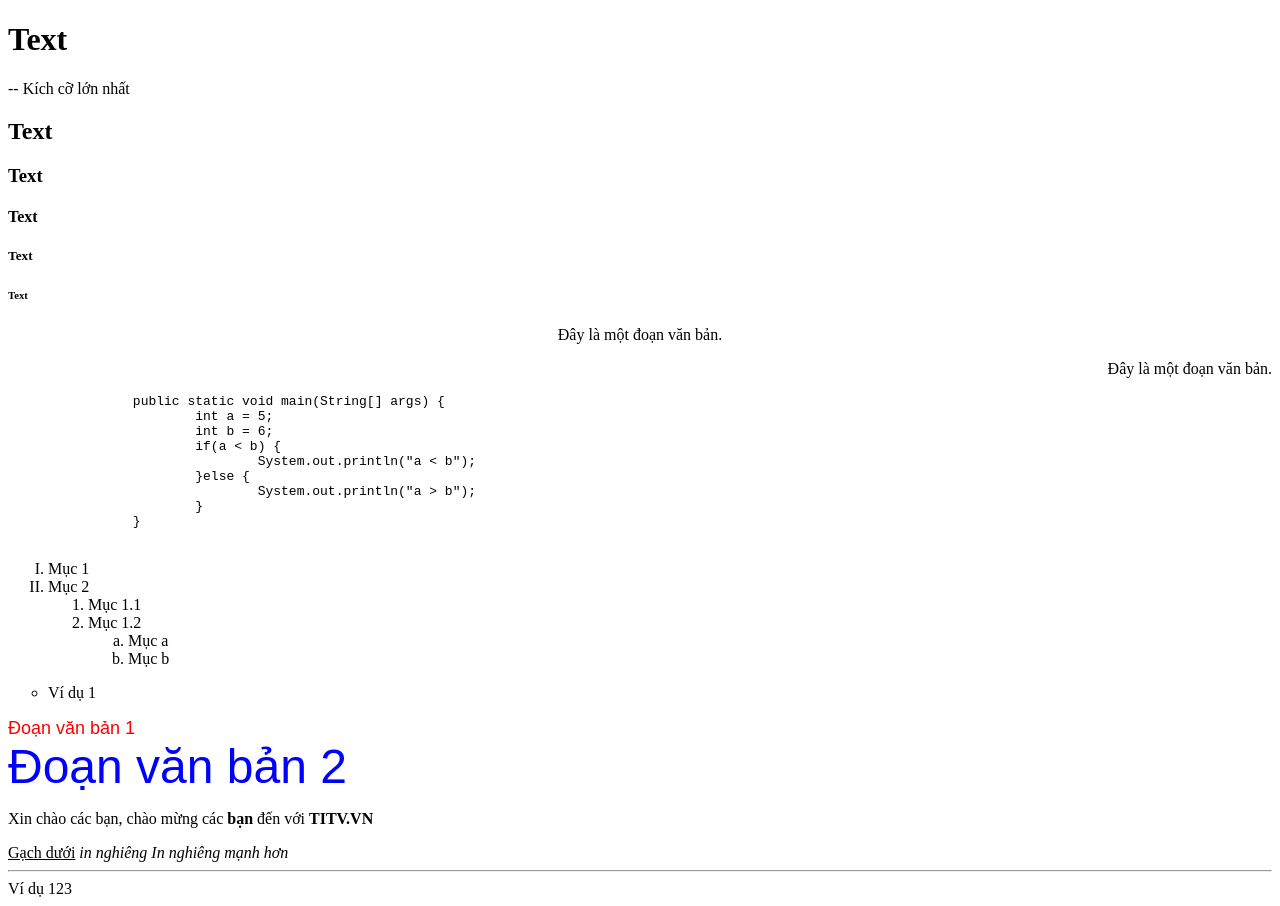
Repository: vnmk1/jsp_servlet-tutorials
Page: Bai2_HTML/src/main/webapp/vidu.html
These files come from the project's save history. The page is drawn as it stood at one moment and after the next save; the edit follows.
The browser window is 1280 px wide. The pictures show the whole page.

Above is the page before, as saved 2023-07-15 08:32:34.

After the next save:
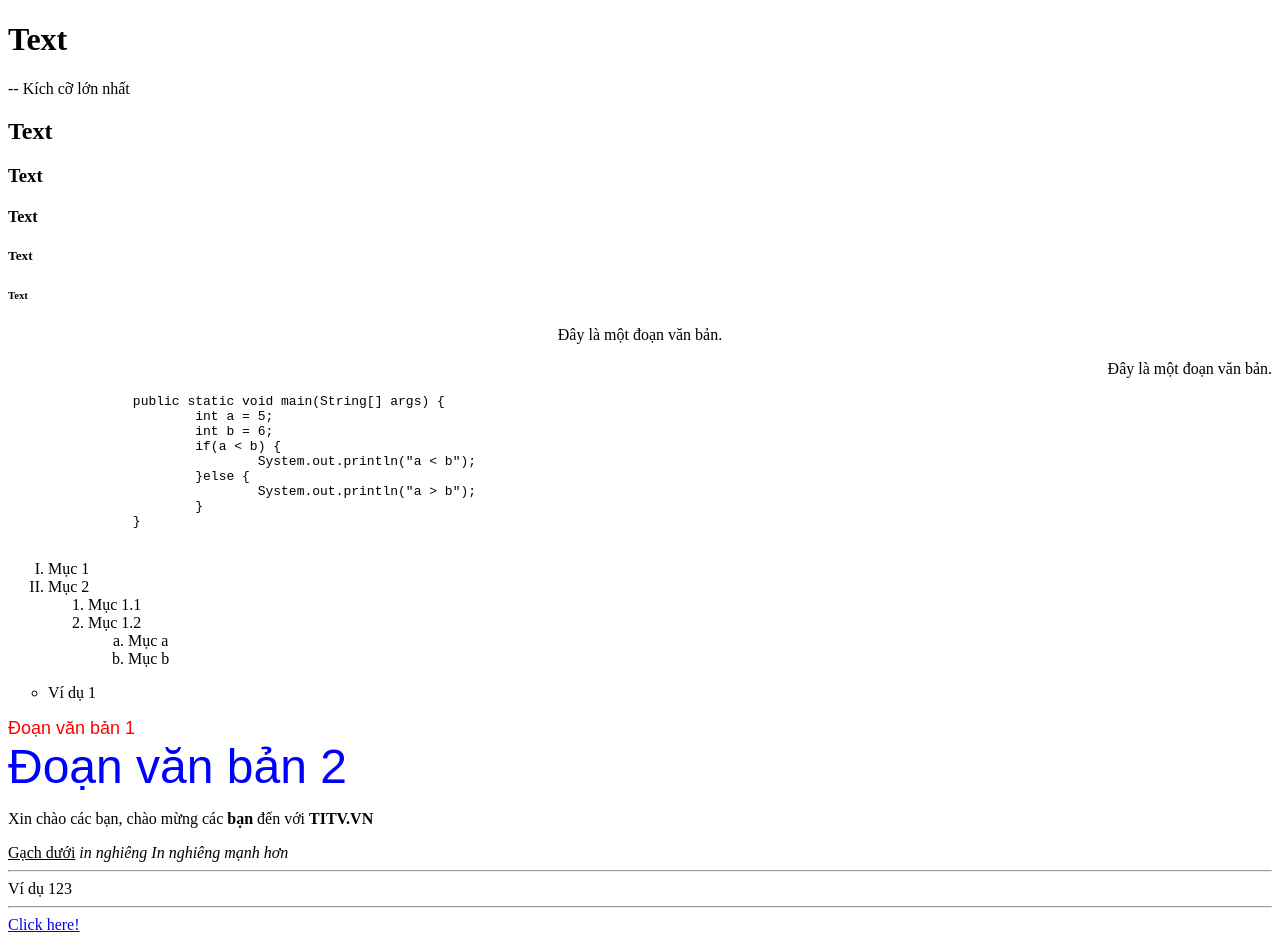
Saved 2 min 24 s later.
--- a/Bai2_HTML/src/main/webapp/vidu.html
+++ b/Bai2_HTML/src/main/webapp/vidu.html
@@ -71,5 +71,8 @@
 	<em>In nghiêng mạnh hơn</em>
 	<hr/>
 	Ví dụ 123
+	<hr/>
+
+	<a href="https://titv.vn">Click here!</a>
 </body>
 </html>
